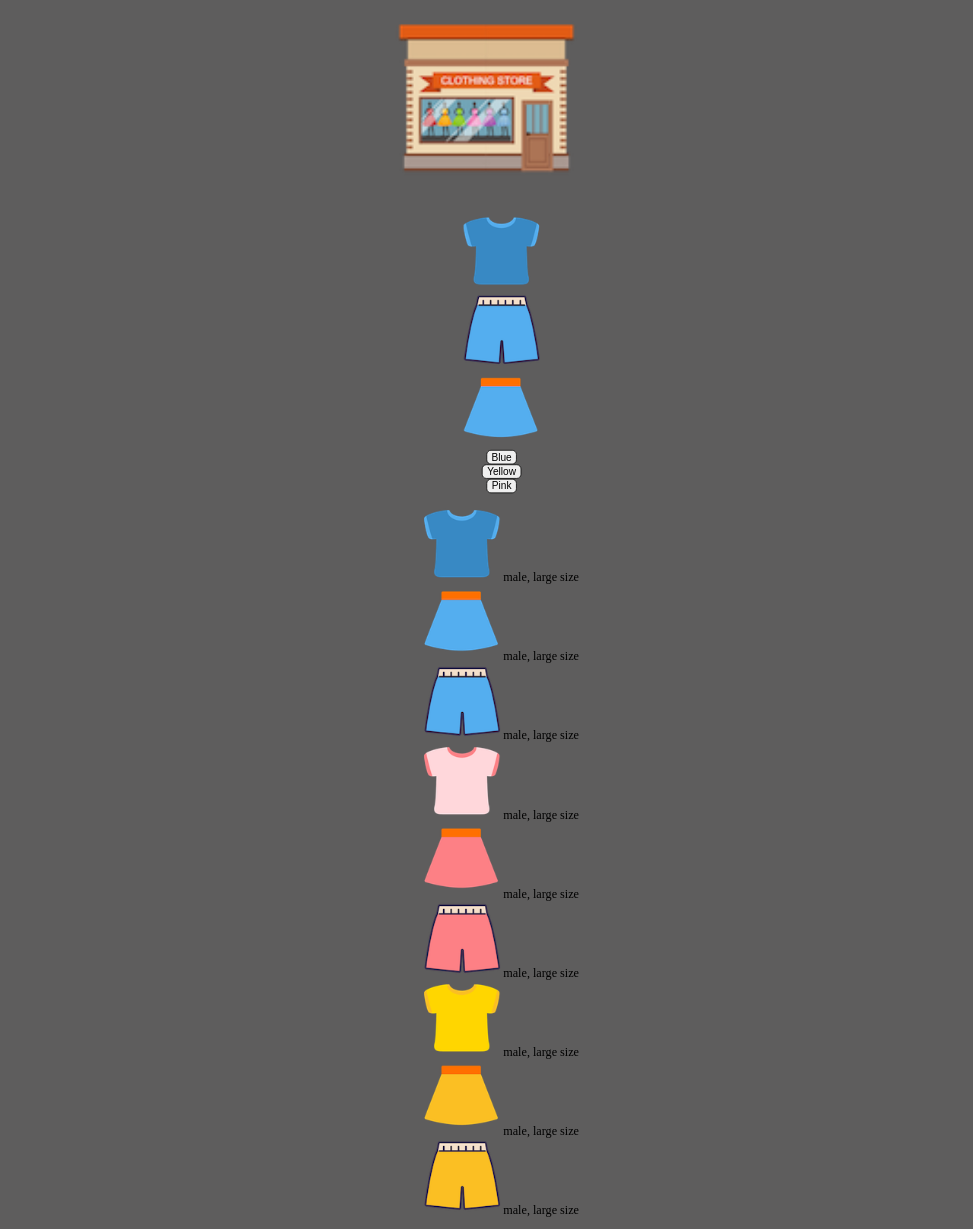
Repository: keehoonjung/Shoppingmall-Game
Page: index.html
The author's editor kept a copy of each file at every save. The page is drawn from the files as they stood at one save, then again after a run of saves.
The browser window is 1280 px wide. The pictures show the whole page, at 76% of full size.

Above is the page before, as saved 2021-08-12 13:29:43.

After the next 2 saves:
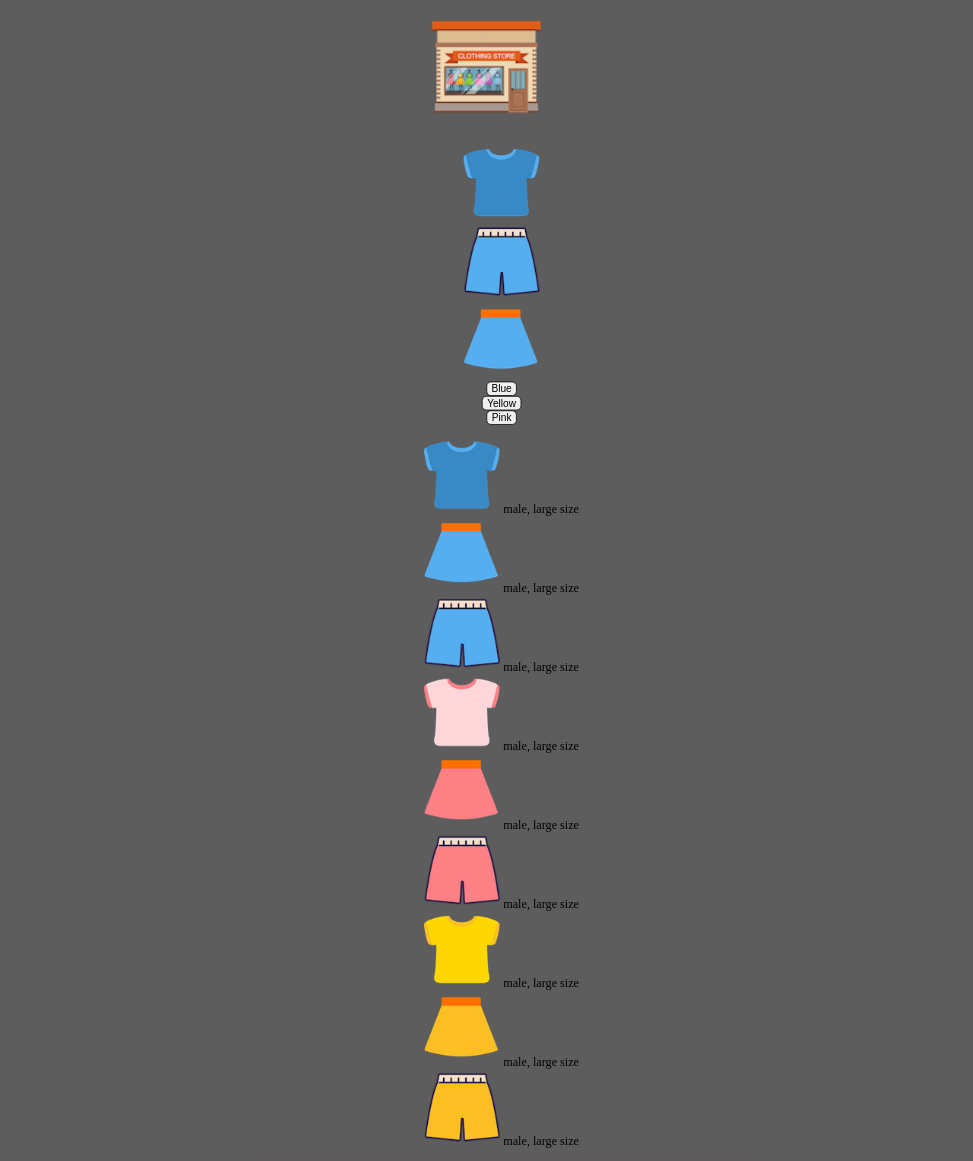
The 2 saves are shown as one change because they came seconds apart.
The last was saved 7 s later.
--- a/style.css
+++ b/style.css
@@ -22,5 +22,5 @@ header {
 }
 
 .header__logo {
-  width: 240px;
+  width: 150px;
 }
